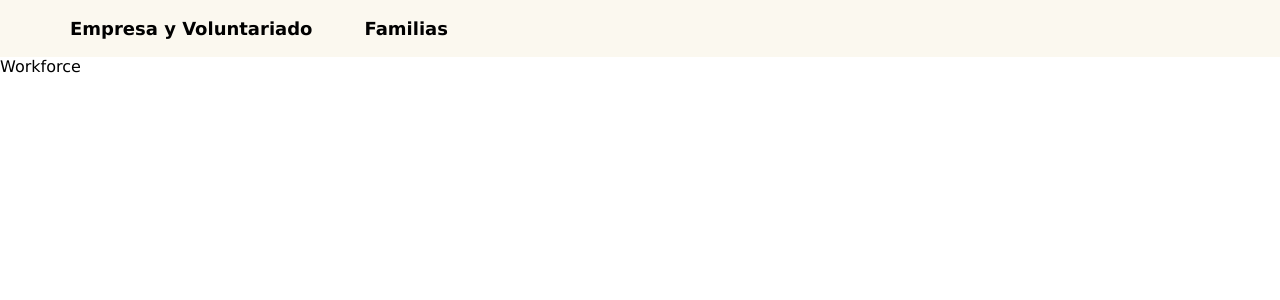
Repository: Synergy-club/reconstruction
Page: /
These files come from the project's save history. The page is drawn as it stood at one moment and after the next save; the edit follows.
The browser window is 1280 px wide. The pictures show the whole page.
The project was rebuilt for these pictures with package versions that can differ from the ones it lists, and the page was loaded fresh each time. Also part of the build but not shown: vite.config.js, src/views/Families/Families.jsx.

Above is the page before, as saved 2024-12-10 01:25:48.

After the next save:
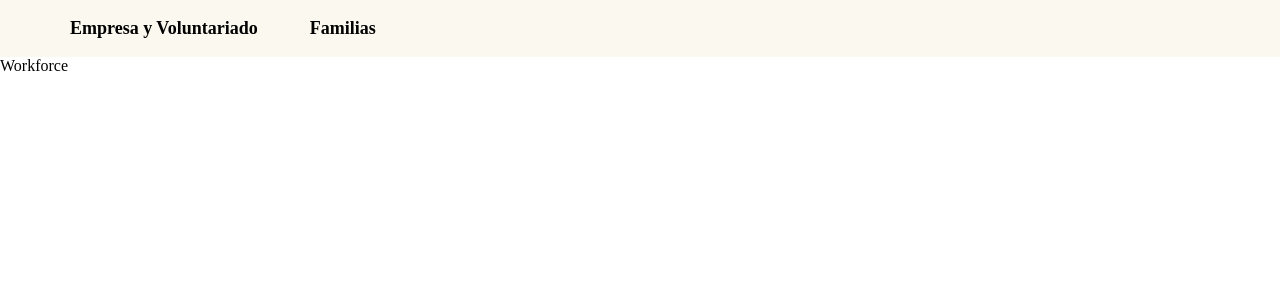
Saved 13 s later.
--- a/src/assets/global-style/style.css
+++ b/src/assets/global-style/style.css
@@ -33,7 +33,7 @@
   margin: 0;
   padding: 0;
   box-sizing: border-box;
-  font-family:Verdana, Geneva, Tahoma, sans-serif;
+  font-family:serif;
 }
 
 html {
